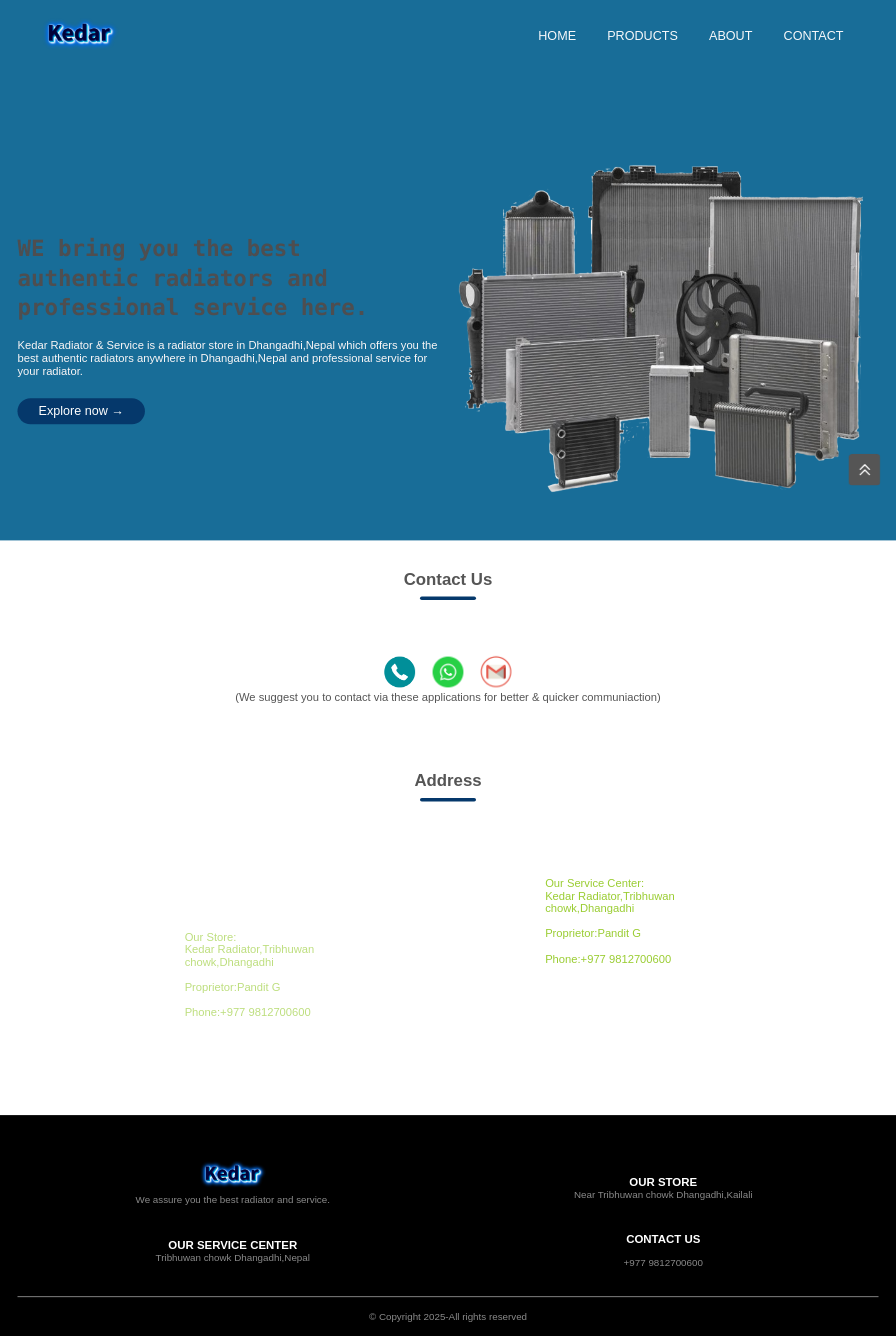
Repository: shyamchand-git/KedarRadiator
Page: contactsfrs.html
An editor plug-in stored every save of this project. The page is shown before and after a run of saves, followed by the edit.
The browser window is 1280 px wide. The pictures show the whole page, at 70% of full size.
Pictures or frames that could not be fetched are drawn as grey boxes. Some web fonts or font styles are not loaded; a fallback is used.

Above is the page before, as saved 2026-02-22 13:30:58.
Console error: TypeError: Cannot read properties of null (reading 'addEventListener')

### contactsfrs.html
<!DOCTYPE html>
<html lang="en">

<head>
    <meta charset="UTF-8">
    <meta name="Viewport" content="width=device-width,initial scale=1.0">
    <meta http-equiv="X-UA-Compatible" content="IE=edge">
    <meta name="viewport" content="width=device-width, initial-scale=1.0">
    <title> Kedar Radiator | Website</title>
    <link rel="preconnect" href="https://fonts.gstatic.com">
    <!-- <link href="ht://fonts.googleapis.com/css2?family=Poppins:ital,wght@0,300;0,600;0,700;1,400;1,500&display=swap"
        rel="stylesheet"> -->
    <link rel="stylesheet" href="stylefrs.css">
    <link rel="stylesheet" href="css/all.min.css">

</head>

<body>
    <a href="#section-1" class="scroll-top">
        <svg xmlns="http://www.w3.org/2000/svg" class="h-6 w-6" fill="none" viewBox="0 0 24 24" stroke="currentColor">
            <path stroke-linecap="round" stroke-linejoin="round" stroke-width="2" d="M5 11l7-7 7 7M5 19l7-7 7 7" />
        </svg>
    </a>

        <div class="header " id="section-1" style="background: #186d98;">
            <div class="container">
                <div class="naVbar ">
                    <div class="logo">
                        <a href="index.html"> <img src="images/kedar-logo.png" alt="Kedar Rediator"
                                width="120px"> </a>

                    </div>
                    <nav>
                       <ul id="menuitems">
                            <li><a href="index.html">HOME</a></li>
                            <li><a href="productsfrs.html">PRODUCTS</a></li>
                            <li><a href="aboutfrs.html">ABOUT</a></li>
                            <li><a href="contactsfrs.html">CONTACT</a></li>
                        </ul>
                    </nav>
                    <img src="images/menu.png" class="menuicon"
                        onclick="menutoggle()">
                </div>
                <div class="row">
                    <div class="col2">



                             <h1>WE bring you the best <br> authentic radiators and
                            <br> professional service here.</h1>


                            <p>Kedar Radiator & Service is a radiator store in
                            Dhangadhi,Nepal which offers you the best
                            authentic radiators anywhere in Dhangadhi,Nepal and
                            professional service for your radiator.</p>

                        <a href="aboutfrs.html" class="btn">Explore now
                            &#8594;</a>
                    </div>
                    <div class="col2">
                        <img src="images/rediatorgrp.png.png" width="610px">
                    </div>
                </div>
            </div>
        </div>

    <!-- contact form  -->
<!--
    <div class="container formcontainer" >
        <div class="row formrow">
            <div class="col2">
                <h2 class="tittle">Contact Form</h2>
                <form action="https://formspree.io/f/mgerzodj" method="POST" id="my-form">
                    <div class="formgroup">
                        <label for="firstname">First Name</label>
                        <input type="text" id="firstname" name="firstname">
                    </div>
                    <div class="formgroup">
                        <label for="lastname">Last Name</label>
                        <input type="text" id="lastname" name="lastname">
                    </div>
                    <div class="formgroup">
                        <label for="lastname">Institution Name</label>
                        <input type="text" id="lastname" name="lastname">
                    </div>
                    <div class="formgroup">
                        <label for="email">Email</label>
                        <input type="email" id="email" name="email">
                    </div>
                    <div class="formgroup">
                        <label for="number">Contact Number</label>
                        <input type="number" id="number" name="number">
                    </div>
                    <div class="formgroup">
                        <label for="message">Message</label>
                        <textarea name="message" id="message" cols="30" rows="10"></textarea>
                    </div>
                    <button type="submit">Submit</button>
                </form>
            </div>


            <div id="status" class=""></div>
        </div>

    </div> -->

    <!-- contact us -->

    <div class="small-container contact"  id="section-1" >
        <h2 class="tittle">Contact Us</h2>
        <div class="row contact_row">
            <a href="tel:+977 9812700600"><img src="images/call.png" width="44px"></a>
            <a href=""> <img src="images/whatsapp.png.png" width="44px"></a>
            <a href=""><img src="images/mail.png.png" width="45px"></a>
        </div>
        <div class="line">
            <h4>(We suggest you to contact via these applications for better & quicker communiaction)</h4>
        </div>
    </div>

    <div class="small-container">
        <h2 class="tittle">Address</h2>
        <div class="row">
            <div class="col4">
                <i class="fas fa-map-marker-alt"></i>
                <h4 style="color: rgba(145, 199, 39, 0.597);">Our Store:
                    <br>
                   Kedar Radiator,Tribhuwan chowk,Dhangadhi
                    <br>
                    <br>
                    Proprietor:Pandit G
                    <br>


                    <br>
                    Phone:+977 9812700600
                    <br>



                </h4>


            </div>
            <div class="col4">
                <i class="fas fa-map-marker-alt"></i>
                <h4 style="color: yellowgreen;"">
                    Our Service Center:
                    <br>
                    Kedar Radiator,Tribhuwan chowk,Dhangadhi
                    <br>


                    <br>
                    Proprietor:Pandit G
                    <br>

                    <br>
                   Phone:+977 9812700600
                    <br>



                </h4>
                <iframe
                    src="https://www.google.com/map/embed?pb=!1m18!1m12!1m3!1d3690.393098642442!2d91.80878721426929!3d22.338781247143615!2m3!1f0!2f0!3f0!3m2!1i1024!2i768!4f13.1!3m3!1m2!1s0x30acd8b89f4ec835%3A0x9f1e5e594d1cebb!2sFahim%20Radiator%20%26%20Service!5e0!3m2!1sen!2sbd!4v1624456840871!5m2!1sen!2sbd"
                    width="300" height="150" style="border:0;" allowfullscreen="" loading="lazy"></iframe>
            </div>
        </div>
    </div>

       <!-- footer  -->
        <div class="footer">
            <div class="container">
                <div class="row">

                    <div class="footercol4">
                        <img src="images/kedar-logo.png" width="104px">
                        <p>We assure you the best radiator and service.</p>
                    </div>
                    <div class="footercol4">

                        <h3>OUR STORE</h3>

                        <p> Near Tribhuwan chowk  Dhangadhi,Kailali
                            </p>
                    </div>
                    <div class="footercol4">

                        <h3>OUR SERVICE CENTER</h3>

                        <p>Tribhuwan chowk  Dhangadhi,Nepal</p>
                    </div>
                    <div class="footercol4">

                        <h3>CONTACT US</h3>

                        <br>
                          <p>+977 9812700600</p>
                    </div>

                </div>
                <hr>
                <p class="copyright">&copy; Copyright 2025-All rights reserved
                </p>
            </div>
        </div>



</body>
<!-- js for toogle menu  -->
<script>
    var menuitems = document.getElementById("menuitems");

    menuitems.style.maxHeight = "0px";

    function menutoggle() {
        if (menuitems.style.maxHeight == "0px") {
            menuitems.style.maxHeight = "200px";
        }
        else {
            menuitems.style.maxHeight = "0px";
        }
    }
</script>

<!-- js for form  -->


<script>
    var form = document.getElementById("my-form");

    async function handleSubmit(event) {
        event.preventDefault();
        var status = document.getElementById("status");
        var data = new FormData(event.target);
        fetch(event.target.action, {
            method: form.method,
            body: data,
            headers: {
                'Accept': 'application/json'
            }
        }).then(response => {
            status.innerHTML = "Thanks for your submission!";
            status.classList.add("succes")
            form.reset()

        }).catch(error => {
            status.innerHTML = "There was a problem submitting your form(try the below sources for contact)"
        });
    }
    form.addEventListener("submit", handleSubmit)
</script>


</html>

### stylefrs.css
*{
    margin: 0;
    padding: 0;
    box-sizing: border-box;
}
html{
    scroll-behavior: smooth;
}

body{
    font-family: 'Poppins', sans-serif;

}
.scroll-top{

    height: 50px;
    width: 50px;
    background-color: #555;
    position: fixed;
    bottom: 10px;
    right: 10px;
    cursor: pointer;
    border-radius: 6px;
    box-shadow: 0px 0px 0px rgba(0,0,0,0.5);
    display: flex;
    align-items: center;
    justify-content: center;
    transform: scale(0.9);
    transition: 0.3s ease-in-out transform;

}
.scroll-top svg{
    width: 50%;
    color: #fff;
    pointer-events: none;
}
.scroll-top:hover{
    transform: scale(1);

}
.naVbar{





    display: flex;
    align-items: center;
    padding: 20px;


}
nav{
    flex: 1;
    text-align: right;


}

nav ul{
    list-style-type: none;
    display: inline-block;



}


nav ul li{
    display: inline-block;
    margin-right: 20px;
}
 a{
    text-decoration: none;
    color: #f7f9fb;
    border-radius:35px;
    margin: 14px 10px;
    font-size: 18px;



}

p{
    color: #fbf7f7;
}
.container{
    max-width: 1300px;
    margin: auto;
    padding: 0 25px;
}

.row{
    display: flex;
    flex-wrap: wrap;
    align-items: center;
    justify-content: space-around;

}
.col2{
    flex-basis: 50%;
    min-width: 300px;
}
.col2 img{
    max-width: 100%;
    padding: 50px 0;
}

.header{
    background:radial-gradient(#59c8c7,#4E4E50) ;


}
.sticky{
    position: -webkit-sticky;
    position: sticky;
    top: 0;



}
.sticky-naVbar{
    padding: 0;
}
.header .row{
    margin-top: 70px ;
}
.btn{
    display: inline-block;
    color: #fff;
    background: #05386B;
    padding: 8px 30px;
    margin: 30px 0;
    border-radius: 30px;
    transition: background 0.5s;
}
.btn:hover{
    background: #4E4E50;

}

.col2 h1{
    font-size: 32px;
    line-height: 42px;
    margin: 25px 0;
    color:#4E4E50;
    font-family: consolas;
}


/* categories  */
.tittle{
    text-align: center;
    margin: 0 auto 80px;
    position: relative;
    line-height: 60px;
    color: #555;
}
.tittle::after{
    content:'';
    display: block;
    background :#05386B;
    width: 80px;
    height: 5px;
    border-radius: 5px;
    position: absolute;
    bottom: 0;
    left: 50%;
    transform: translateX(-50%);

}
.categories{
    margin: 70px 0;
}
.col3{
    flex-basis: 25%;
    margin-bottom: 30px;
    min-width: 250px;
}
.col3 h4{
    text-align: center;
    color:#555 ;
    margin-bottom: 20px;
}
.col3 img{
    width: 100%;
}

/* featured products */
.small-container{
    max-width: 1080px;
    margin: auto;
    padding-left: 25px;
    padding-right: 25px;
    padding-top: 25px;
}
h4{
    color: #555;
    font-weight: normal;
}
.col4 p{
    font-size: 14px;
    color: #555;
}
/* .col4:hover{
    transform: translateY(-6px);
} */
.col4{
    flex-basis: 25%;
    padding: 10px;
    min-width: 200px;
    margin-bottom: 50px;
    /* transition: transform 0.5s; */
    cursor: pointer;
}
.col4 img{
    width: 100%;
}
.pagebtn span{
    display: inline-block;
    border: 1px solid #05386B;
    margin-left: 10px;
    width: 40px;
    height: 40px;
    text-align: center;
    line-height: 40px;
    cursor: pointer;

}
.pagebtn span a{
    color: #555;
}

.pagebtn span:hover{
    background: #05386B;
    color: #fff;
}
.pagebtn span a:hover{
    color: white;
}


/* brands */
.brands{
    margin: 100px auto 0;
}
.col5{
    width: 160px;
}
.col5 img{
    width: 100%;
    cursor: pointer;
    filter: grayscale(100%);
}
.no-scale img{
filter: none;
}

.col5 img:hover{
    filter: grayscale(0);
}

/* testimonial */
.testimonial{
    margin: 100px auto;

}
.testimonial .col3{
   text-align: center;
   padding: 40px 20px;
   box-shadow: 0 0 20px 0 rgb(0,0,0.1);
   cursor: pointer;
   transition: transform 0.5s;
}
.testimonial .col3 img{
    width: 80px;
    margin-top: 20px;
    border-radius: 50%;
}
.col3 p{
    font-size: 12px;
    margin: 12px 0;
    color: #777;
}
.testimonial .col3:hover{
    transform: translateY(-10px);
}
.testimonial .col3 h3{
    font-weight: 600;
    color: #555;
    font-size: 16px;
}

/* media query for menu */
.menuicon{
    width: 28px;
    margin-left: 20px;
    display: none;
}
@media screen and (max-width:800px){
    naV ul{
        position: absolute;
        top: 70px;
        left: 0;
        background:#4E4E50 ;
        width: 100%;
        overflow: hidden;
        transition: max-height 0.5s;
    }
    naV ul li{
        display: block;
        margin-right: 50px;
        margin-top: 10px;
        margin-bottom: 10px;
    }
    naV ul li a{
        color: white;
    }
    .menuicon{
        display:inline-block;
        cursor: pointer;
    }
}


/* footer  */
.footer{
    background: #000;
    color: #8a8a8a;
    font-size: 14px;
    padding: 60px 0 20px;
}
.footer p{
    color: #8a8a8a;
}
.footer h3{
    color: #fff;
    margin-top: 20px;
}
.footercol4{
    min-width:250px ;
    margin-bottom: 20px;
    flex-basis: 50%;
     text-align: center;
}


.footer hr{
    border: none;
    background: #b5b5b5;
    height: 1px;
    margin: 20px 0;
}
.copyright{
    text-align: center;
}

.footercol4 a{
    display: inline-block;
}


/* contact page form  */
.formcontainer{
    width: 90%;
    max-width: 500px;
    margin: 0 auto;
    padding: 20px;
    box-shadow: 0 0 20px #00000020;
    background-color: #fff;
    border-radius: 10px;
    margin-bottom: 20px;
}
.formrow{
   flex-direction: column;
   align-items: center;
   justify-content: center;

}


.formgroup{
    width: 100%;
    margin-top: 20px;
    font-size: 20px;
}
.formgroup input
.formgroup textarea
{
width: 100%;
padding: 5px;
font-size: 18px;
border: 1px solid rgb(187, 187, 187);
color: #555;
margin-top: 5px;
}
textarea{
resize: vertical;
}
button[type="submit"]{
    width: 100%;
    border: none;
    outline: none;
    padding: 5px;
    font-size: 15px;
    border-radius: 27px;
    font-family: montserrat;
    color:#0493f3 ;
    text-align: center;
    cursor: pointer;
    margin-top: 10px;
    transition: .3s ease background-color;
}
button[type="submit"]:hover{
    background-color: #c8e2f3;
}
#status{
    width: 90%;
    max-width: 500px;
    text-align: center;
    padding: 5px;
    margin: 8px auto;
    border-radius: 28px;

}
#status.succes{
    background-color: rgb(181, 236, 98);
    animation: status 4s ease forwards;
}
#status.error{
    background-color: rgba(218, 55, 55, 0.897);
    color: #fff;
    animation: status 4s ease forwards;
}
@keyframes status {
    0%{
        opacity: 1;
        pointer-events: 1;
    }
    90%{
        opacity: 1;
        pointer-events: 1;
    }
   100%{
        opacity: 0;
        pointer-events: none;
    }
}
/* media query for 600 scren size */
@media screen and (max-width:600px){
    .row{
        text-align: center;

    }
    .col2, .col3, .col4{
        flex-basis: 100%;
    }
     .radiator .radiator-p{
        margin: 0;
    }
    .scroll-top:hover{
        transform: scale(0.9);
    }

}


.contact_row {
    display:block;
   text-align: center;
}
.line{
    text-align: center;
    padding-bottom: 55px;
}
.fa-map-marker-alt{
    color: #555;
}
.Vehcle-brand{
    margin: 0 auto;
}


.radiator-p {
    color: #555;
    margin: 0 200px;

}
.detail-p{
    color: #555;


}
                         /* about page  */

.offer{
    background:radial-gradient(#59c8c7,#4E4E50);
    margin-top: 80px;
    padding: 30px 0;
}
.offer .offer-img{
    padding: 50px;
}
                      /* single product */
.single-product{
    margin-top: 80px;
    margin: 20px 0;
    font-size: 22px;
    font-weight: bold;
}
.single-product .col2{
    padding: 20px;
}
.single-product .col2 img{
    padding: 0;

}
.single-product .fa{
    margin-left: 10px;
    color: #05386B;
}
.radiator-a{
    color:#05386B ;
    font-size: 21px;
    font-weight: 700;
    text-align: center;
    display: flex;
    justify-content: center;
}

Loaded but not shown: css/all.min.css (library)

After the next 2 saves:
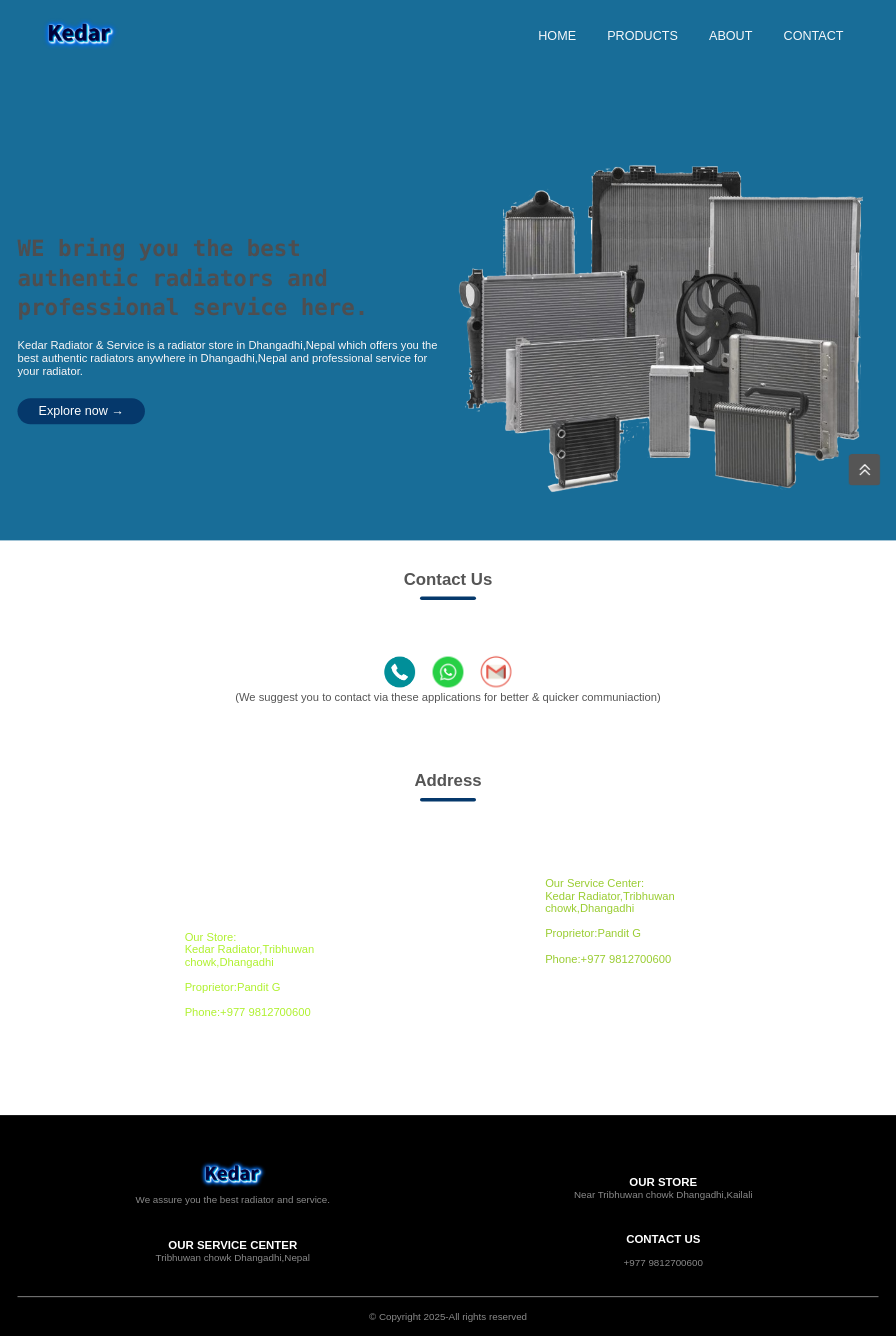
The 2 saves are shown as one change because they came seconds apart.
The last was saved 10 s later.
--- a/contactsfrs.html
+++ b/contactsfrs.html
@@ -125,7 +125,7 @@
         <div class="row">
             <div class="col4">
                 <i class="fas fa-map-marker-alt"></i>
-                <h4 style="color: rgba(145, 199, 39, 0.597);">Our Store:
+                <h4 style="color: rgb(176, 241, 48);">Our Store:
                     <br>
                    Kedar Radiator,Tribhuwan chowk,Dhangadhi
                     <br>
